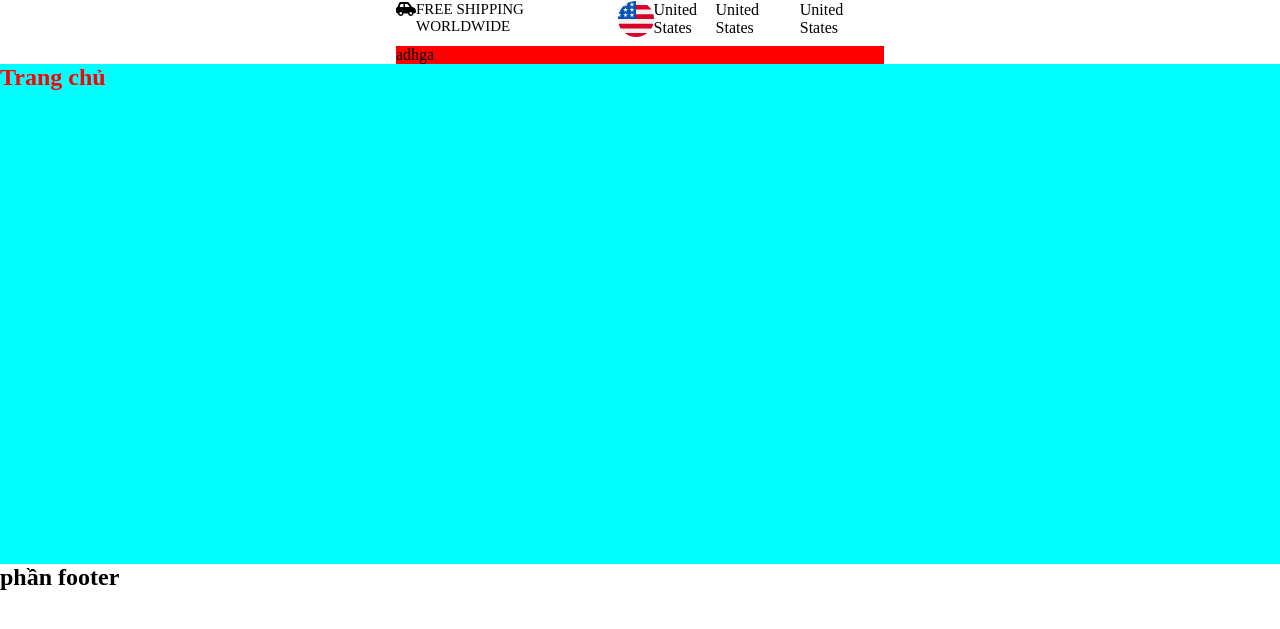
Repository: tatvanhco/shopper
Page: /
The author's editor kept a copy of each file at every save. The page is drawn from the files as they stood at one save, then again after a run of saves.
The browser window is 1280 px wide. The pictures show the whole page.
The project was rebuilt for these pictures with package versions that can differ from the ones it lists, and the page was loaded fresh each time.

Above is the page before, as saved 2022-09-23 20:54:07.

### src/index.tsx
import React from 'react';
import { createRoot } from 'react-dom/client';
import { Provider } from 'react-redux';
import { store } from './app/store';
import App from './App';
import reportWebVitals from './reportWebVitals';
import './index.scss';

const container = document.getElementById('root')!;
const root = createRoot(container);

root.render(
    <React.StrictMode>
        <Provider store={store}>
            <App />
        </Provider>
    </React.StrictMode>,
);

// If you want to start measuring performance in your app, pass a function
// to log results (for example: reportWebVitals(console.log))
// or send to an analytics endpoint. Learn more: https://bit.ly/CRA-vitals
reportWebVitals();

### src/app/store.ts
import { configureStore, ThunkAction, Action, getDefaultMiddleware } from '@reduxjs/toolkit';
import createSagaMiddleware from '@redux-saga/core';
import rootSaga from './rootSaga';

const sagaMiddleware = createSagaMiddleware();
export const store = configureStore({
    reducer: {

    },
    middleware: (getDefaultMiddleware) => {
        return getDefaultMiddleware().concat(sagaMiddleware);
    },
});

sagaMiddleware.run(rootSaga);

export type AppDispatch = typeof store.dispatch;
export type RootState = ReturnType<typeof store.getState>;
export type AppThunk<ReturnType = void> = ThunkAction<ReturnType, RootState, unknown, Action<string>>;

### src/App.tsx
import React from 'react';
import './App.scss';
import Header from 'components/header/header';
import Footer from 'components/footer/footer';
import Home from 'pages/home/home';

function App() {
    return (
        <div className="App">
            <Header />
            <Home />
            <Footer />
        </div>
    );
}

export default App;

### src/index.scss
/* @import 'normalize.css'; */
@import url('https://fonts.googleapis.com/css2?family=Roboto:wght@300;400;500;700&display=swap');

body {
    margin: -15px 0 0 0;
    padding: 0;
    /* font-family: -apple-system, BlinkMacSystemFont, 'Segoe UI', 'Roboto', 'Oxygen', 'Ubuntu', 'Cantarell', 'Fira Sans',
        'Droid Sans', 'Helvetica Neue', sans-serif; */
    -webkit-font-smoothing: antialiased;
    -moz-osx-font-smoothing: grayscale;
}

html {
    margin: 0;
    padding: 0;
}

code {
    font-family: source-code-pro, Menlo, Monaco, Consolas, 'Courier New', monospace;
}

p {
    margin: 0 !important;
    line-height: initial;
}

h1,
h2 {
    margin: 0;
}

### src/app/rootSaga.ts
function* rootSaga() {
    console.log('hahahha');
}

export default rootSaga;

### src/App.scss
.container {
    padding: 0px 16px;
    margin: 0 380px;
}

.d-flex {
    display: flex;
}

.ul {
    list-style: none;
    padding-left: 0;
}

.title {
    font-size: 15px;
}

### src/components/header/header.tsx
import clsx from 'clsx';
import { FontAwesomeIcon } from '@fortawesome/react-fontawesome';
import { Fragment } from 'react';
import styles from './header.module.scss';
import { faCarSide } from '@fortawesome/free-solid-svg-icons';

function header() {
    return (
        <Fragment>
            <div className="header">
                <div className="container">
                    <div className={clsx(styles.headerContact)}>
                        <div className="headerContactRight">
                            <ul className={clsx('headerContactRightItems', 'ul', 'd-flex')}>
                                <li className={clsx('headerContactRightItem', 'd-flex')}>
                                    <FontAwesomeIcon icon={faCarSide} />
                                    <p className={clsx('title')}>FREE SHIPPING WORLDWIDE</p>
                                </li>
                                <li className={clsx('headerContactRightItem', 'd-flex')}>
                                    <div className={clsx(styles.nation, 'd-flex')}>
                                        <img
                                            src="data:[embedded picture, 137 characters]
                                                    nLzIwMDAvc3ZnIj4KPHBhdGggZD0iTTcgMTRDMTAuODY2IDE0IDE0IDEwLjg2NiAxNCA3QzE0IDMuMTM0MDEgMTAuODY2IDAgNyAwQzMuMTM0MDEgMCAwIDMuMTM0MDEgMCA3QzAgMTAuO
                                                    DY2IDMuMTM0MDEgMTQgNyAxNFoiIGZpbGw9IiNGMEYwRjAiLz4KPHBhdGggZD0iTTYuNjk1OCA2Ljk5OTk4SDE0LjAwMDFDMTQuMDAwMSA2LjM2ODE4IDEzLjkxNTkgNS43NTYxMiAxMy4
                                                    3NTkgNS4xNzM4OUg2LjY5NThWNi45OTk5OFoiIGZpbGw9IiNEODAwMjciLz4KPHBhdGggZD0iTTYuNjk1OCAzLjM0NzgzSDEyLjk3MjdDMTIuNTQ0MiAyLjY0ODU5IDExLjk5NjMgMi4wM
                                                    zA1NCAxMS4zNTc1IDEuNTIxNzNINi42OTU4VjMuMzQ3ODNaIiBmaWxsPSIjRDgwMDI3Ii8+CjxwYXRoIGQ9Ik02Ljk5OTk3IDE0QzguNjQ3NCAxNCAxMC4xNjE2IDEzLjQzMDYgMTEuMzU
                                                    3NCAxMi40NzgzSDIuNjQyNThDMy44MzgzMiAxMy40MzA2IDUuMzUyNTMgMTQgNi45OTk5NyAxNFoiIGZpbGw9IiNEODAwMjciLz4KPHBhdGggZD0iTTEuMDI3NDggMTAuNjUyMkgxMi45N
                                                    zI3QzEzLjMxNjcgMTAuMDkwOCAxMy41ODM1IDkuNDc3MjMgMTMuNzU4OSA4LjgyNjA3SDAuMjQxMjExQzAuNDE2Njc2IDkuNDc3MjMgMC42ODM0NjkgMTAuMDkwOCAxLjAyNzQ4IDEwLjY
                                                    1MjJaIiBmaWxsPSIjRDgwMDI3Ii8+CjxwYXRoIGQ9Ik0zLjI0MjUzIDEuMDkzMTVIMy44ODA0M0wzLjI4NzA3IDEuNTI0MjJMMy41MTM3MyAyLjIyMTczTDIuOTIwMzkgMS43OTA2NkwyL
                                                    jMyNzA2IDIuMjIxNzNMMi41MjI4NCAxLjYxOTE2QzIuMDAwNDEgMi4wNTQzNCAxLjU0MjUyIDIuNTY0MTkgMS4xNjUxNyAzLjEzMjI4SDEuMzY5NTdMMC45OTE4NjcgMy40MDY2OEMwLjk
                                                    zMzAyMyAzLjUwNDg0IDAuODc2NTg2IDMuNjA0NTYgMC44MjI1IDMuNzA1NzZMMS4wMDI4NiA0LjI2MDg3TDAuNjY2MzY3IDQuMDE2MzlDMC41ODI3MjMgNC4xOTM2IDAuNTA2MjE1IDQuM
                                                    zc0ODEgMC40Mzc0NDUgNC41NTk3OUwwLjYzNjE1MiA1LjE3MTQxSDEuMzY5NTdMMC43NzYyMDcgNS42MDI0OUwxLjAwMjg2IDYuM0wwLjQwOTUyNyA1Ljg2ODkzTDAuMDU0MTEzMyA2LjE
                                                    yNzE2QzAuMDE4NTM5MSA2LjQxMzEyIDAgNi43MDQzOSAwIDdIN0M3IDMuMTM0MDMgNyAyLjY3ODI3IDcgMEM1LjYxNzE3IDAgNC4zMjgxMSAwLjQwMTEzMyAzLjI0MjUzIDEuMDkzMTVaT
                                                    TMuNTEzNzMgNi4zTDIuOTIwMzkgNS44Njg5M0wyLjMyNzA2IDYuM0wyLjU1MzcxIDUuNjAyNDlMMS45NjAzNiA1LjE3MTQxSDIuNjkzNzdMMi45MjAzOSA0LjQ3MzlMMy4xNDcwMiA1LjE
                                                    3MTQxSDMuODgwNDNMMy4yODcwNyA1LjYwMjQ5TDMuNTEzNzMgNi4zWk0zLjI4NzA3IDMuNTYzMzZMMy41MTM3MyA0LjI2MDg3TDIuOTIwMzkgMy44Mjk3OUwyLjMyNzA2IDQuMjYwODdMM
                                                    i41NTM3MSAzLjU2MzM2TDEuOTYwMzYgMy4xMzIyOEgyLjY5Mzc3TDIuOTIwMzkgMi40MzQ3N0wzLjE0NzAyIDMuMTMyMjhIMy44ODA0M0wzLjI4NzA3IDMuNTYzMzZaTTYuMDI0NTkgNi4
                                                    zTDUuNDMxMjYgNS44Njg5M0w0LjgzNzkzIDYuM0w1LjA2NDU4IDUuNjAyNDlMNC40NzEyMiA1LjE3MTQxSDUuMjA0NjRMNS40MzEyNiA0LjQ3MzlMNS42NTc4OSA1LjE3MTQxSDYuMzkxM
                                                    0w1Ljc5Nzk0IDUuNjAyNDlMNi4wMjQ1OSA2LjNaTTUuNzk3OTQgMy41NjMzNkw2LjAyNDU5IDQuMjYwODdMNS40MzEyNiAzLjgyOTc5TDQuODM3OTMgNC4yNjA4N0w1LjA2NDU4IDMuNTY
                                                    zMzZMNC40NzEyMiAzLjEzMjI4SDUuMjA0NjRMNS40MzEyNiAyLjQzNDc3TDUuNjU3ODkgMy4xMzIyOEg2LjM5MTNMNS43OTc5NCAzLjU2MzM2Wk01Ljc5Nzk0IDEuNTI0MjJMNi4wMjQ1O
                                                    SAyLjIyMTczTDUuNDMxMjYgMS43OTA2Nkw0LjgzNzkzIDIuMjIxNzNMNS4wNjQ1OCAxLjUyNDIyTDQuNDcxMjIgMS4wOTMxNUg1LjIwNDY0TDUuNDMxMjYgMC4zOTU2MzdMNS42NTc4OSA
                                                    xLjA5MzE1SDYuMzkxM0w1Ljc5Nzk0IDEuNTI0MjJaIiBmaWxsPSIjMDA1MkI0Ii8+Cjwvc3ZnPgo="
                                            alt=""
                                        />
                                        <p>United States</p>
                                    </div>
                                </li>
                                <li className={clsx('headerContactRightItem', 'd-flex')}>
                                    <div className={clsx(styles.nation, 'd-flex')}>
                                        <p>United States</p>
                                    </div>
                                </li>
                                <li className={clsx('headerContactRightItem', 'd-flex')}>
                                    <div className={clsx(styles.nation, 'd-flex')}>
                                        <p>United States</p>
                                    </div>
                                </li>
                            </ul>
                        </div>
                        <div className="headerContactLeft"></div>
                    </div>
                    <div className={clsx(styles.headerFrom)}>adhga</div>
                </div>
            </div>
        </Fragment>
    );
}

export default header;

### src/components/footer/footer.tsx
function footer() {
    return <h2>phần footer</h2>;
}

export default footer;

### src/pages/home/home.tsx
import clsx from 'clsx';
import styles from './home.module.scss';

function Home() {
    return (
        <>
            <h2 className={clsx(styles.heading)}>Trang chủ</h2>
        </>
    );
}

export default Home;

### src/components/header/header.module.scss
.headerContact {
    height: 45px;
}

.headerFrom {
    background-color: red;
}

### src/pages/home/home.module.scss
.heading {
    height: 500px;
    background-color: aqua;
    color: red;
}

.active {
    background-color: yellow;
}

Loaded but not shown: public/index.html (common file); src/reportWebVitals.ts (common file)

After the next 3 saves:
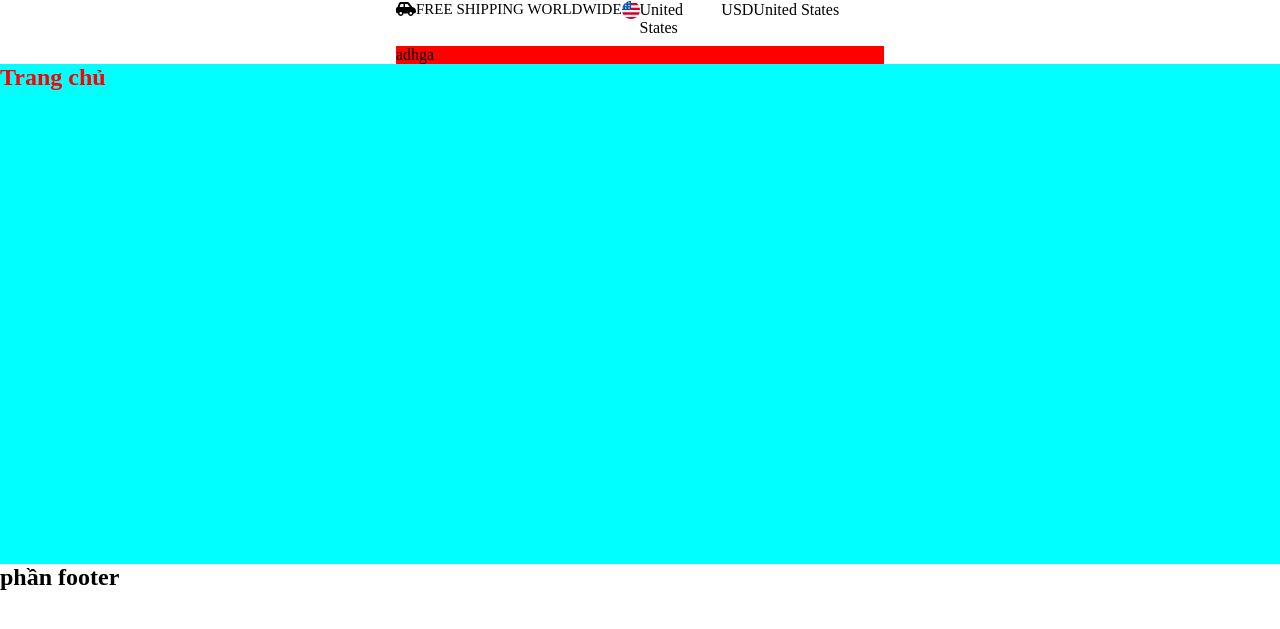
The 3 saves are shown as one change because they came seconds apart.
The last was saved 14 s later.
--- a/src/components/header/header.tsx
+++ b/src/components/header/header.tsx
@@ -46,7 +46,7 @@ function header() {
                                 </li>
                                 <li className={clsx('headerContactRightItem', 'd-flex')}>
                                     <div className={clsx(styles.nation, 'd-flex')}>
-                                        <p>United States</p>
+                                        <p>USD</p>
                                     </div>
                                 </li>
                                 <li className={clsx('headerContactRightItem', 'd-flex')}>
